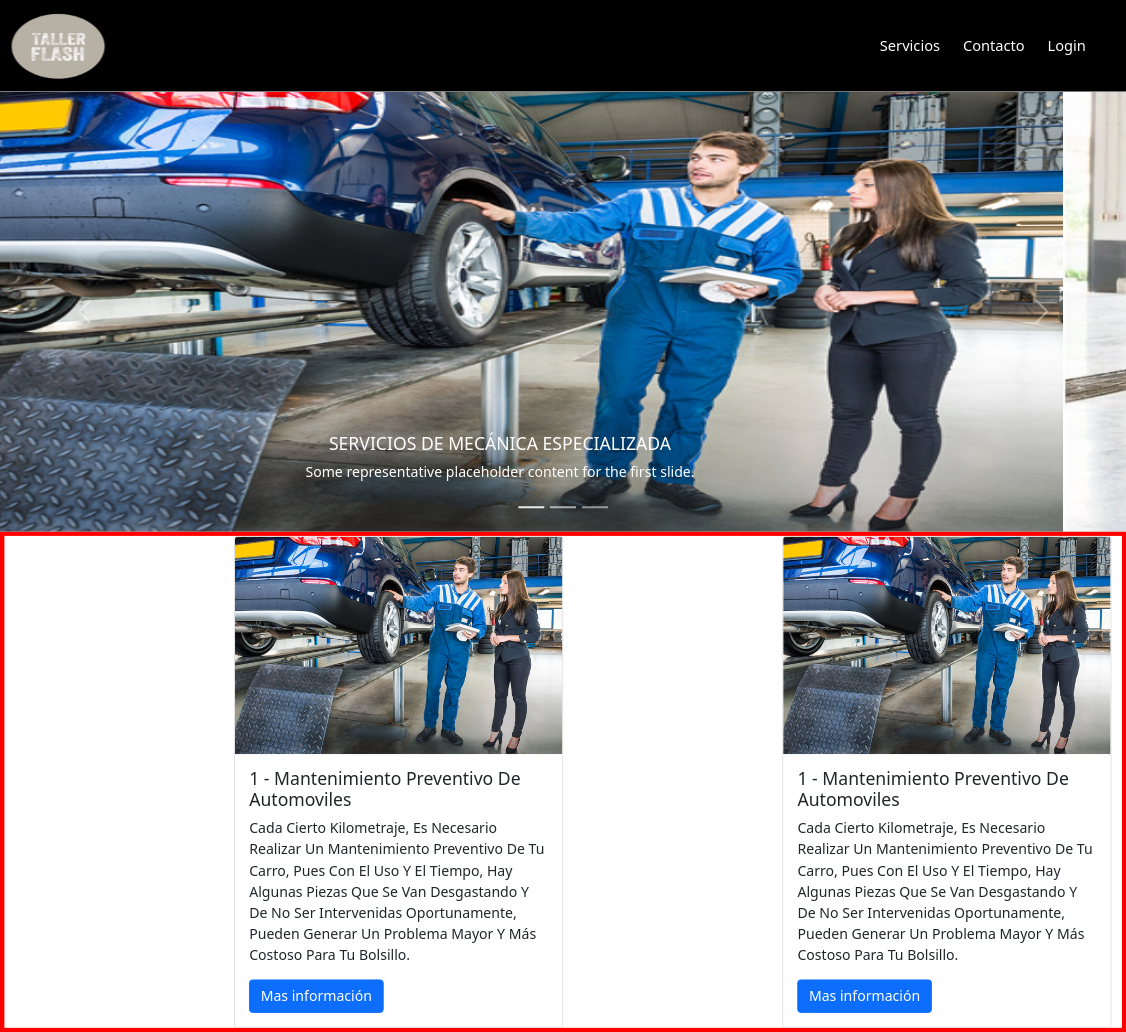
Repository: nder1996/Boostrap.Taller.Arquitectura
Page: Index.html
The author's editor kept a copy of each file at every save. The page is drawn from the files as they stood at one save, then again after the next save.
The browser window is 1280 px wide. The pictures show the whole page, at 88% of full size.

Above is the page before, as saved 2021-07-23 06:21:07.

After the next save:
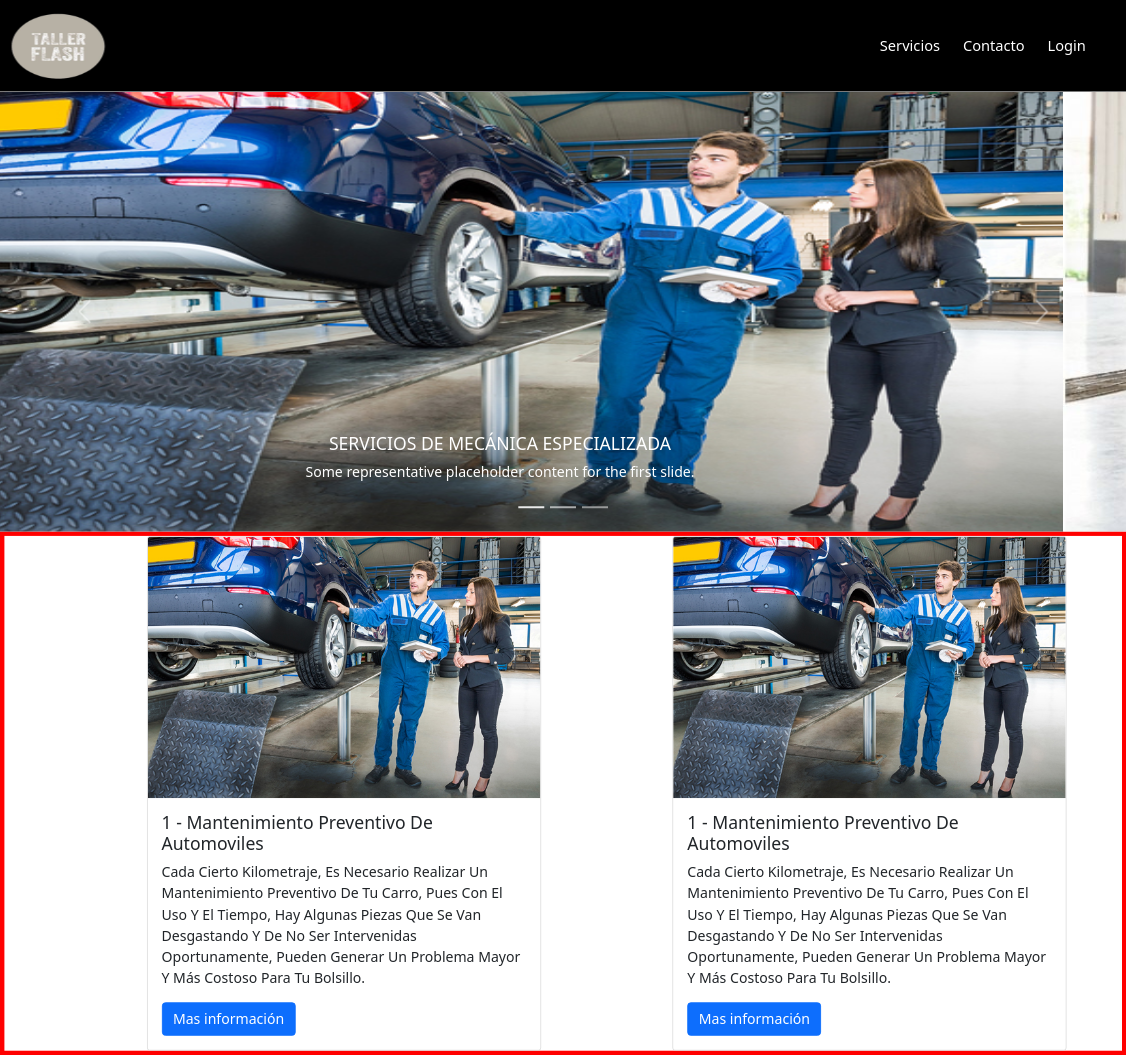
Saved 4 s later.
--- a/css/style.css
+++ b/css/style.css
@@ -32,5 +32,5 @@ nav li a{
 }
 
 .Servicios .card{
-    margin-left:20%
+    margin-left:12%
 }
